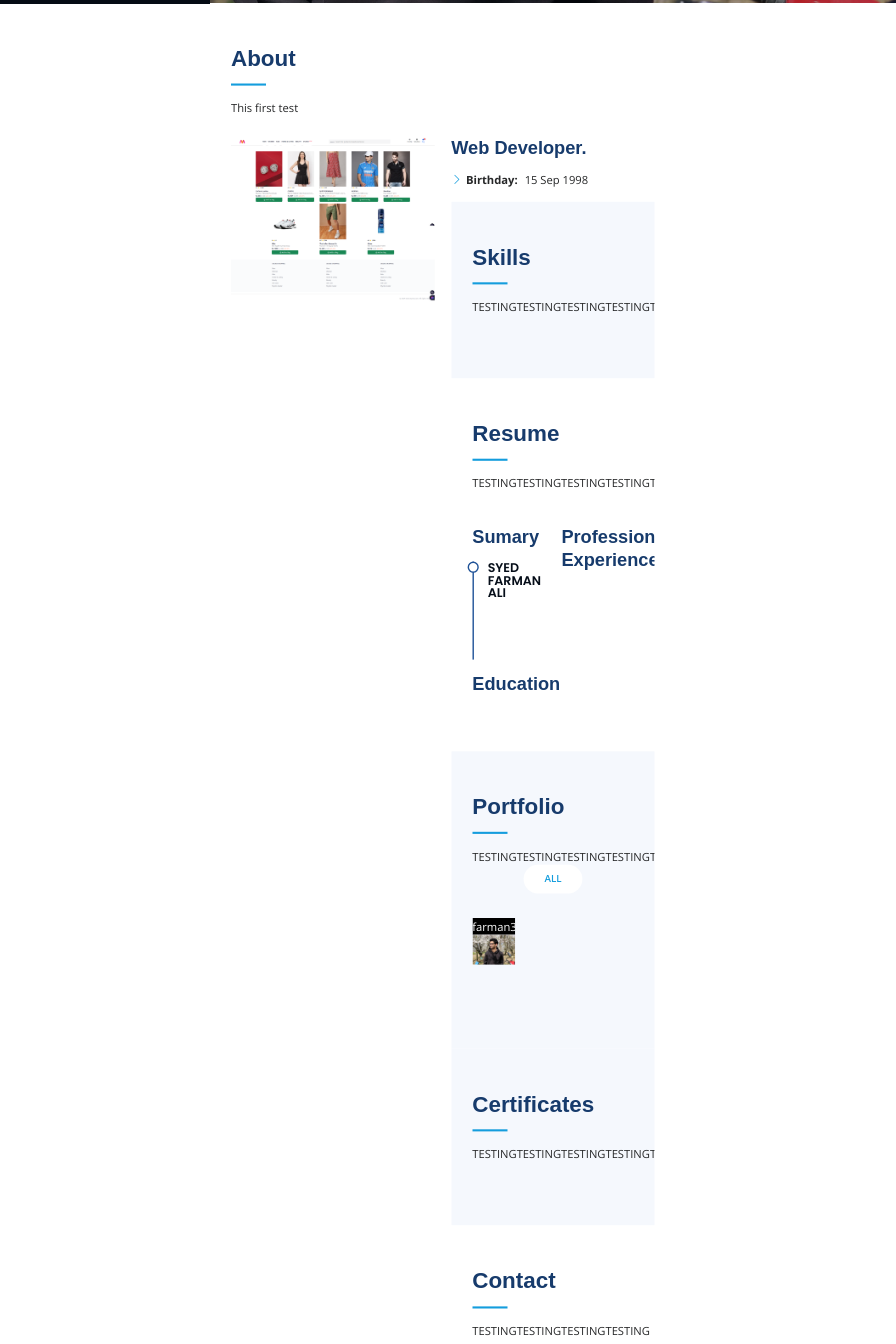
Repository: FARMAN9/portfoilo_django
Page: http://localhost/
An editor plug-in stored every save of this project. The page is shown before and after a run of saves, followed by the edit.
The browser window is 1280 px wide. The pictures show the part of the page from y = 715 to 2635 px (the page is 3503 px tall before and 3795 px after), at 70% of full size.
Backgrounds fixed to the window are drawn as part of the page. Some web fonts or font styles are not loaded; a fallback is used. The page is served by the project's application, run on Django 4.2 (manage.py). The page reads the database file committed with the project. Queries for data that is not in the repository find no rows.

Above is the page before, as saved 2024-07-14 19:44:31.

After the next 2 saves:
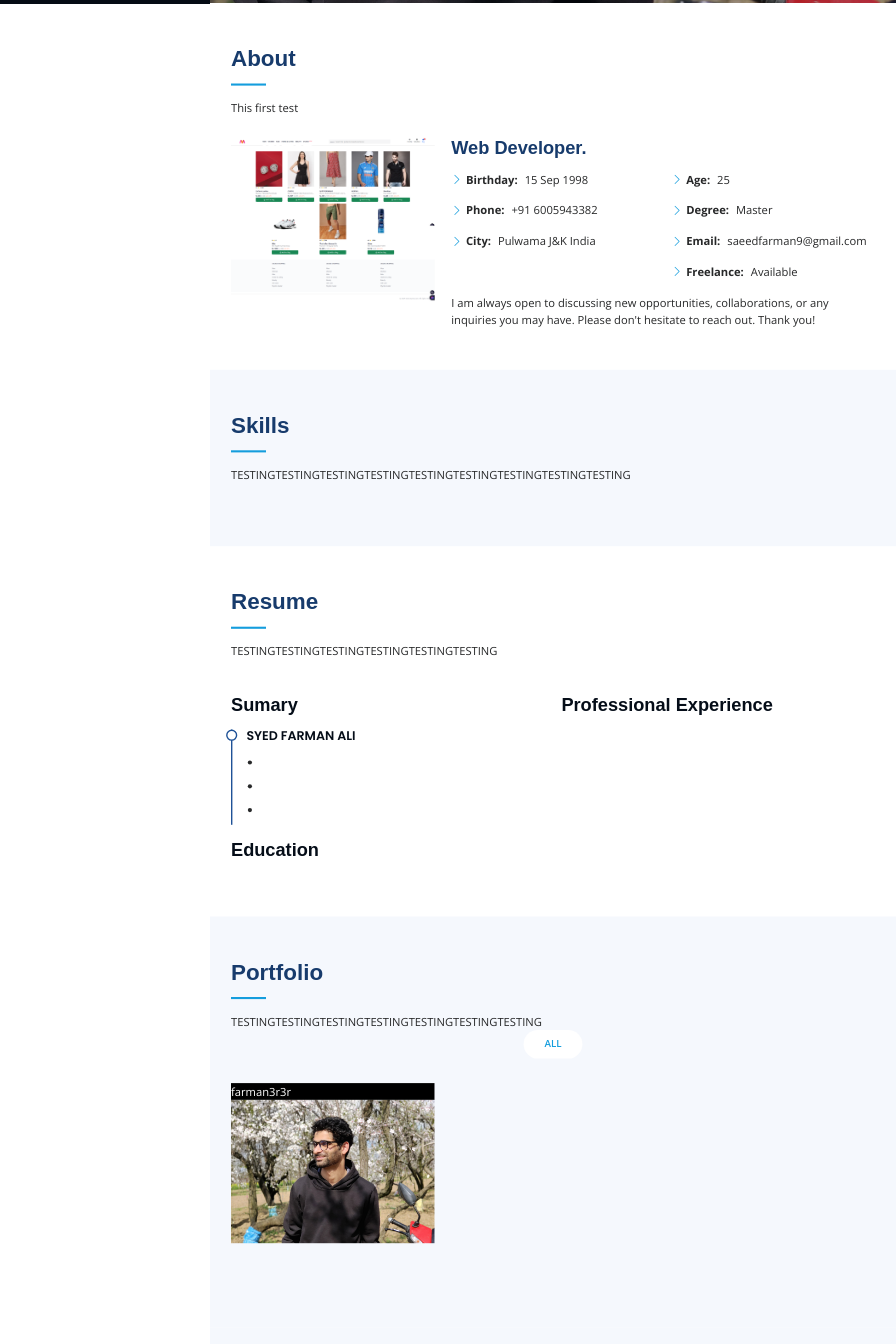
The 2 saves are shown as one change because they came seconds apart.
The last was saved 5 s later.
--- a/templates/index.html
+++ b/templates/index.html
@@ -101,7 +101,7 @@
               <div class="col-lg-6">
                 <ul>
                   <li><i class="bi bi-chevron-right"></i> <strong>Birthday:</strong> <span>15 Sep 1998</span></li>
-                  <!--<li><i class="bi bi-chevron-right"></i> <strong>linkedin:</strong> <span>{{link}}</span></li>
+                  <!--<li><i class="bi bi-chevron-right"></i> <strong>linkedin:</strong> <span>{{link}}</span></li>-->
                   <li><i class="bi bi-chevron-right"></i> <strong>Phone:</strong> <span>{{Phone}}</span></li>
                   <li><i class="bi bi-chevron-right"></i> <strong>City:</strong> <span>{{address}}</span></li>
                 </ul>
